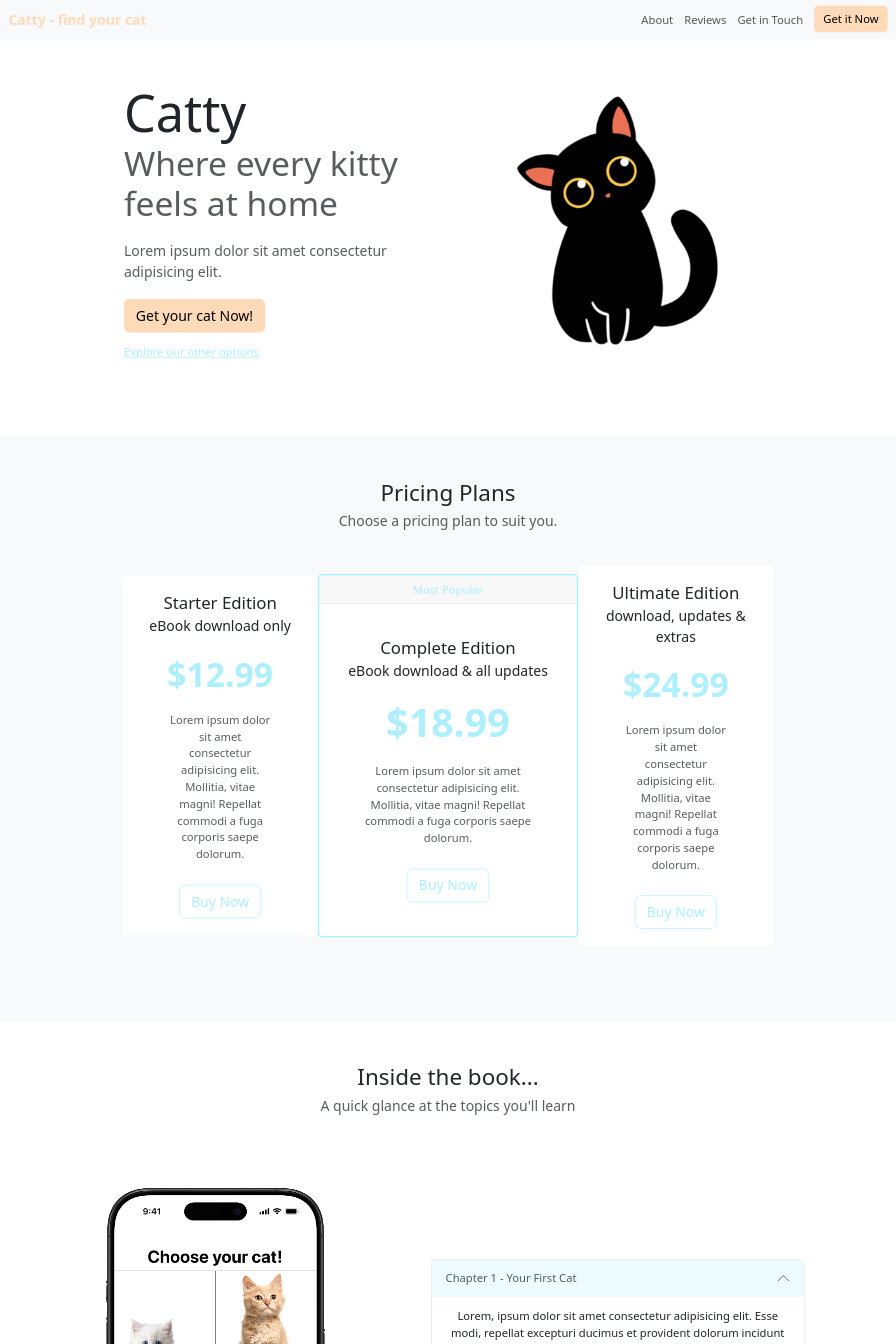
Repository: rihebtlh/catty-storefront
Page: index.html
These files come from the project's save history. The page is drawn as it stood at one moment and after a run of saves; the edit follows.
The browser window is 1280 px wide. The pictures show the part of the page from y = 0 to 1920 px (the page is 4528 px tall), at 70% of full size.
The style sheet was rebuilt from its Sass, Less or Tailwind sources for each picture, by a compiler version that may differ from the author's.

Above is the page before, as saved 2025-06-23 19:04:02.

### index.html
<!DOCTYPE html>
<html lang="en">
<head>
  <meta charset="UTF-8" />
  <meta name="viewport" content="width=device-width, initial-scale=1.0" />
  <link
    href="/css/main.min.css"
    rel="stylesheet"/>
  <link rel="stylesheet" href="https://cdn.jsdelivr.net/npm/bootstrap-icons@1.13.1/font/bootstrap-icons.min.css">
  <title>Catty</title>
  <style>
    section {
      padding: 60px 0;
    }
  </style>
</head>
<body>
  <!-- Navbar -->
    <nav class="navbar navbar-expand-md navbar-light bg-light">
        <div class="container-xxl">
            <a href="#intro" class="navbar-brand">
                <span class="fw-bold text-secondary">Catty - find your cat</span>
            </a>
      <!-- Toggle button -->
            <button
                class="navbar-toggler"
                type="button"
                data-bs-toggle="collapse"
                data-bs-target="#main-nav"
                aria-controls="main-nav"
                aria-expanded="false"
                aria-label="Toggle navigation">
                <span class="navbar-toggler-icon"></span>
            </button>
      <!-- Navbar links -->
            <div class="collapse navbar-collapse justify-content-end align-center" id="main-nav">
                <ul class="navbar-nav">
                <li class="nav-item">
                    <a class="nav-link" href="#topics">About</a>
                </li>
                <li class="nav-item">
                    <a class="nav-link" href="#reviews">Reviews</a>
                </li>
                <li class="nav-item">
                    <a class="nav-link" href="#contact">Get in Touch</a>
                </li>
                <li class="nav-item d-md-none">
                    <a class="nav-link" href="#pricing">Pricing</a>
                </li>
                <li class="nav-item ms-2 d-none d-md-inline">
                    <a class="btn btn-secondary" href="#pricing">Get it Now</a>
                </li>
                </ul>
            </div>
        </div>
    </nav>

  <!-- Main image & intro text -->
  <section id="intro">
    <div class="container-lg">
      <div class="row justify-content-center align-items-center">
        <div class="col-md-5 text-center text-md-start">
          <h1>
            <div class="display-2">Catty</div>
            <div class="display-5 text-muted">Where every kitty feels at home</div>
          </h1>
          <p class="lead my-4 text-muted">
            Lorem ipsum dolor sit amet consectetur adipisicing elit.
          </p>
          <a href="#pricing" class="btn btn-secondary btn-lg">Get your cat Now!</a>
          <!--open sidebar / offcanvas-->
          <a href="#sidebar" class="d-block mt-3" data-bs-toggle="offcanvas">
            Explore our other options
          </a>
        </div>
        <div class="col-md-5 text-center d-none d-md-block">
          <!--tooltip-->
          <span class="tt" data-bs-placement="bottom" title="Catty logo">
            <img class="img-fluid" src="/assets/catLogo.webp" alt="cat"/>
          </span>
        </div>
      </div>
    </div>
  </section>

    <!-- pricing plans -->
  <section id="pricing" class="bg-light mt-5">
    <div class="container-lg">
      <div class="text-center">
        <h2>Pricing Plans</h2>
        <p class="lead text-muted">Choose a pricing plan to suit you.</p>
      </div>

      <div class="row my-5 g-0 align-items-center justify-content-center"> <!--g-0 is for the gap so this one there's no gap-->
        <div class="col-8 col-lg-4 col-xl-3">
          <div class="card border-0">
            <div class="card-body text-center py-4">
              <h4 class="card-title">Starter Edition</h4>
              <p class="lead card-subtitle">eBook download only</p>
              <p class="display-5 my-4 text-primary fw-bold">$12.99</p>
              <p class="card-text mx-5 text-muted d-none d-lg-block">Lorem ipsum dolor sit amet consectetur adipisicing elit. Mollitia, vitae magni! Repellat commodi a fuga corporis saepe dolorum.</p>
              <a href="#" class="btn btn-outline-primary btn-lg mt-3">
                Buy Now
              </a>
            </div>
          </div>
        </div>

        <div class="col-9 col-lg-4">
          <div class="card border-primary border-2">
            <div class="card-header text-center text-primary">Most Popular</div>
            <div class="card-body text-center py-5">
              <h4 class="card-title">Complete Edition</h4>
              <p class="lead card-subtitle">eBook download & all updates</p>
              <p class="display-4 my-4 text-primary fw-bold">$18.99</p>
              <p class="card-text mx-5 text-muted d-none d-lg-block">Lorem ipsum dolor sit amet consectetur adipisicing elit. Mollitia, vitae magni! Repellat commodi a fuga corporis saepe dolorum.</p>
              <a href="#" class="btn btn-outline-primary btn-lg mt-3">
                Buy Now
              </a>
            </div>
          </div>
        </div>

        <div class="col-8 col-lg-4 col-xl-3">
          <div class="card border-0">
            <div class="card-body text-center py-4">
              <h4 class="card-title">Ultimate Edition</h4>
              <p class="lead card-subtitle">download, updates & extras</p>
              <p class="display-5 my-4 text-primary fw-bold">$24.99</p>
              <p class="card-text mx-5 text-muted d-none d-lg-block">Lorem ipsum dolor sit amet consectetur adipisicing elit. Mollitia, vitae magni! Repellat commodi a fuga corporis saepe dolorum.</p>
              <a href="#" class="btn btn-outline-primary btn-lg mt-3">
                Buy Now
              </a>
            </div>
          </div>
        </div>
      </div>
    </div><!-- end container -->
  </section>

    <!-- topics at a glance -->
     <section class="topics">
      <div class="container-md"> <!--100% width until meduim screens qt thispoint it will get everything at the middle-->
        <div class="text-center">
          <h2>Inside the book...</h2>
          <p class="lead text-muted">
            A quick glance at the topics you'll learn
          </p>
          <div class="row my-5 g-5 justify-content-around align-items-center">
            <div class="col-6 col-lg-4">
              <img src="/assets/phone.png" class="img-fluid" alt="ebook">
            </div>
            <div class="col-lg-6">
            <!-- accordion 1-->
            <div class="accordion" id="chapters">
              <div class="accordion-item">
                <h2 class="accordion-header" id="heading-1">
                  <button class="accordion-button" type="button" data-bs-toggle="collapse" data-bs-target="#chapter-1" aria-expanded="true" aria-controls="chapter-1">
                    Chapter 1 - Your First Cat
                  </button>
                </h2>
                <div id="chapter-1" class="accordion-collapse collapse show" aria-labelledby="heading-1" data-bs-parent="#chapters">
                  <div class="accordion-body">
                    <p>Lorem, ipsum dolor sit amet consectetur adipisicing elit. Esse modi, repellat excepturi ducimus et provident dolorum incidunt at officia aspernatur.</p>
                    <p>Lorem ipsum dolor sit amet consectetur adipisicing elit. Quae dolor blanditiis accusantium dicta? Dolorum ullam culpa ex! Distinctio, doloremque sunt repellendus laboriosam, excepturi vel illum facilis aliquam, alias inventore non?</p>

                  </div>
                </div>
              </div>
              <!-- accordion 2-->
              <div class="accordion-item">
                <h2 class="accordion-header" id="heading-2">
                  <button class="accordion-button" type="button" data-bs-toggle="collapse" data-bs-target="#chapter-2" aria-expanded="true" aria-controls="chapter-2">
                    Chapter 2 - Your second Cat
                  </button>
                </h2>
                <div id="chapter-2" class="accordion-collapse collapse" aria-labelledby="heading-2" data-bs-parent="#chapters">
                  <div class="accordion-body">
                    <p>Lorem, ipsum dolor sit amet consectetur adipisicing elit. Esse modi, repellat excepturi ducimus et provident dolorum incidunt at officia aspernatur.</p>
                    <p>Lorem ipsum dolor sit amet consectetur adipisicing elit. Quae dolor blanditiis accusantium dicta? Dolorum ullam culpa ex! Distinctio, doloremque sunt repellendus laboriosam, excepturi vel illum facilis aliquam, alias inventore non?</p>
                  </div>
                </div>
              </div>

              <!-- accordion 3-->
              <div class="accordion-item">
                <h2 class="accordion-header" id="heading-3">
                  <button class="accordion-button" type="button" data-bs-toggle="collapse" data-bs-target="#chapter-3" aria-expanded="true" aria-controls="chapter-3">
                    Chapter 3 - Your Third Cat
                  </button>
                </h2>
                <div id="chapter-3" class="accordion-collapse collapse" aria-labelledby="heading-3" data-bs-parent="#chapters">
                  <div class="accordion-body">
                    <p>Lorem, ipsum dolor sit amet consectetur adipisicing elit. Esse modi, repellat excepturi ducimus et provident dolorum incidunt at officia aspernatur.</p>
                    <p>Lorem ipsum dolor sit amet consectetur adipisicing elit. Quae dolor blanditiis accusantium dicta? Dolorum ullam culpa ex! Distinctio, doloremque sunt repellendus laboriosam, excepturi vel illum facilis aliquam, alias inventore non?</p>
                  </div>
                </div>
              </div>

              <!-- accordion 4-->
              <div class="accordion-item">
                <h2 class="accordion-header" id="heading-4">
                  <button class="accordion-button" type="button" data-bs-toggle="collapse" data-bs-target="#chapter-4" aria-expanded="true" aria-controls="chapter-4">
                    Chapter 4 - Your Third Cat
                  </button>
                </h2>
                <div id="chapter-4" class="accordion-collapse collapse" aria-labelledby="heading-4" data-bs-parent="#chapters">
                  <div class="accordion-body">
                    <p>Lorem, ipsum dolor sit amet consectetur adipisicing elit. Esse modi, repellat excepturi ducimus et provident dolorum incidunt at officia aspernatur.</p>
                    <p>Lorem ipsum dolor sit amet consectetur adipisicing elit. Quae dolor blanditiis accusantium dicta? Dolorum ullam culpa ex! Distinctio, doloremque sunt repellendus laboriosam, excepturi vel illum facilis aliquam, alias inventore non?</p>
                  </div>
                </div>
              </div>
              </div>

            </div>

          </div><!--around: spred around any free space (all the gaps are equal)-->
        </div>
      </div>
     </section>



    <!-- reviews list -->
    <section class="bg-light" id="reviews">
      <div class="container-lg">
        <div class="text-center">
          <h2><i class="bi bi-stars"></i>Cat reviews</h2>
          <p class="lead">What my students have said about the book ...</p>
        </div>
        <div class="row justify-content-center my-5">
          <div class="col-lg-8">
            <div class="list-group">
              <div class="list-group-item py-3">
                <h5 class="mb-1">Must buy for any cats lover</h5>
                <p class="mb-1">Lorem ipsum dolor sit amet, consectetur adipisicing elit. Sit quia nemo tempore excepturi dignissimos omnis blanditiis voluptate molestiae magni recusandae! Dolorem consequatur modi exercitationem aliquid doloribus neque fugiat sit impedit!</p>
                <small>Review By Hector</small>
                <div class="pb-2">
                  <i class="bi bi-star-fill"></i>
                  <i class="bi bi-star-fill"></i>
                  <i class="bi bi-star-fill"></i>
                  <i class="bi bi-star-fill"></i>
                  <i class="bi bi-star-fill"></i>
                </div>
              </div>
              <div class="list-group-item py-3">
                <h5 class="mb-1">Must buy for any cats lover</h5>
                <p class="mb-1">Lorem ipsum dolor sit amet, consectetur adipisicing elit. Sit quia nemo tempore excepturi dignissimos omnis blanditiis voluptate molestiae magni recusandae! Dolorem consequatur modi exercitationem aliquid doloribus neque fugiat sit impedit!</p>
                <small>Review By Hector</small>
                <div class="pb-2">
                  <i class="bi bi-star-fill"></i>
                  <i class="bi bi-star-fill"></i>
                  <i class="bi bi-star-fill"></i>
                  <i class="bi bi-star-fill"></i>
                  <i class="bi bi-star"></i>
                </div>
              </div>
              <div class="list-group-item py-3">
                <h5 class="mb-1">Must buy for any cats lover</h5>
                <p class="mb-1">Lorem ipsum dolor sit amet, consectetur adipisicing elit. Sit quia nemo tempore excepturi dignissimos omnis blanditiis voluptate molestiae magni recusandae! Dolorem consequatur modi exercitationem aliquid doloribus neque fugiat sit impedit!</p>
                <small>Review By Hector</small>
                <div class="pb-2">
                  <i class="bi bi-star-fill"></i>
                  <i class="bi bi-star-fill"></i>
                  <i class="bi bi-star-fill"></i>
                  <i class="bi bi-star-half"></i>
                  <i class="bi bi-star"></i>
                </div>
              </div>
            </div>
          </div>
        </div>
      </div>
    </section>
    <!-- contact form -->
    <!-- form-control, form-label, form-select, input-group-text -->
    <section id="contact">
      <div class="container-lg">
        <div class="text-center">
          <h2>Get in Touch</h2>
          <p class="lead">Questions to ask? Fill out the form to contact us directly...</p>
        </div>

        <div class="row justify-content-center my-5">
          <div class="col-lg-6">
            <form>
              <label for="email" class="form-label">Email Adress : </label>
              <div class="mb-4 input-group">
                <span class="input-group-text">
                  <i class="bi bi-envelope-fill"></i>
                </span>
                <input type="email" class="form-control" id="email" placeholder="e.g. mario@example.com">
                <span class="input-group-text">
                  <span class="tt" data-bs-placement="bottom" title="enter an email address we can aply to.">
                    <i class="bi bi-question-circle"></i>
                  </span>
                </span>
              </div>

              <label for="name" class="form-label">Name : </label>
              <div class="mb-4 input-group">
                <span class="input-group-text"><i class="bi bi-person-fill"></i></span>
                <input type="text" class="form-control" id="name" placeholder="e.g. mario">
                <span class="input-group-text">
                  <span class="tt" data-bs-placement="bottom" title="In case we replyed into your request.">
                    <i class="bi bi-question-circle"></i>
                  </span>
                </span>
              </div>

              <label for="subject" class="form-label">What is your question about?</label>
              <div class="mb-4 input-group">
                <span class="input-group-text"><i class="bi bi-chat-left-heart-fill"></i></span>
                <select class="form-select" id="subject">
                  <option value="pricing" selected>Pricing query</option>
                  <option value="content">Content query</option>
                  <option value="other">Other query</option>
                </select>
              </div>

              <div class="form-floating mb-4 mt-5">
                <textarea id="query" class="form-control" style="height: 140px"></textarea>
                <label for="query" class="form-label">Your query...</label>
              </div>
              <div class="mb-4 text-center">
                <button type="submit" class="btn btn-secondary">Submit</button>
              </div>
            </form>
          </div>
        </div>
      </div>
    </section>

    <!-- get updates / modal trigger -->
     <section class="bg-light">
      <div class="container">
        <div class="text-center">
          <h2>Stay in the loop</h2>
          <p class="lead">
            Get the latest updates as they happen...
          </p>
        </div>
        <div class="row justify-content-center">
          <div class="col-md-8 text-center">
            <p class="text-muted my-4">
              Lorem ipsum dolor sit amet consectetur adipisicing elit. Nisi, illo placeat soluta optio dicta natus ex consectetur ea corporis incidunt eaque enim dolore omnis asperiores a quo saepe cumque consequuntur.
            </p>
            <button class="btn btn-primary" data-bs-toggle="modal" data-bs-target="#reg-modal">Register for Updates</button>
          </div>
        </div>
      </div>
     </section>

    <!--model-->
    <div class="modal fade" id="reg-modal" tabindex="-1" aria-labelledby="modal-title" aria-hidden="true">
      <div class="modal-dialog">
        <div class="modal-content">
          <div class="modal-header">
            <h5 class="modal-title" id="modal-title">Get the Latest Updates</h5>
            <button class="btn-close" type="button" data-bs-dismiss="modal" aria-label="Close"></button>
          </div>
          <div class="modal-body">
            <p>Lorem ipsum dolor sit amet consectetur adipisicing elit. Dolore placeat modi soluta quibusdam eius ipsam quaerat fuga dignissimos dolorum impedit id molestiae voluptate iusto eveniet, in quas autem. Ad, rerum.</p>
            <label for="modal-email" class="form-label">Your email address</label>
            <input type="text" class="form-control" id="modal-email" placeholder="e.g. mario@example.com">
          </div>
          <div class="modal-footer">
            <button class="btn btn-primary">Submit</button>
          </div>
        </div>
      </div>
    </div>
    <!--offcanvas-->
    <div class="offcanvas offcanvas-start" tabindex="-1" id="sidebar"
    aria-labelledby="sidebar-label">
      <div class="offcanvas-header">
        <h5 class="offcanvas-title" id="sidebar-label">Options</h5>
        <button class="btn-close" type="button" data-bs-dismiss="offcanvas" aria-label="Close"></button>
      </div>
      <div class="offcanvas-body">
        <p>Lorem ipsum dolor sit amet consectetur adipisicing elit. Alias sed quasi cum commodi minus optio provident deserunt labore, laudantium error dignissimos ad nesciunt quos voluptatem amet odio sint odit eos!</p>
        <!--dropdown-->
        <div class="dropdown mt-3">
          <button class="btn btn-secondary dropdown-toggle" type="button" id="cat-dropdown" data-bs-toggle="dropdown">Choose cat type</button>
          <ul class="dropdown-menu" aria-labelledby="cat-dropdown">
            <li><a href="#" class="dropdown-item">Siamese cat</a></li>
            <li><a href="#" class="dropdown-item">Maine Coon</a></li>
            <li><a href="#" class="dropdown-item">British Shorthair</a></li>
            <li><a href="#" class="dropdown-item">Domestic Shorthair</a></li>
            <li><a href="#" class="dropdown-item">Russian Blue</a></li>
          </ul>
        </div>
      </div>
    </div>
  <!-- Bootstrap JS -->
  <script
    src="https://cdn.jsdelivr.net/npm/bootstrap@5.0.2/dist/js/bootstrap.bundle.min.js"
    integrity="sha384-MrcW6ZMFYlzcLA8Nl+NtUVF0sA7MsXsP1UyJoMp4YLEuNSfAP+JcXn/tWtIaxVXM"
    crossorigin="anonymous"
  ></script>
  <script>
    const tooltips = document.querySelectorAll('.tt')
    tooltips.forEach(t => {
      new bootstrap.Tooltip(t)
    })
  </script>
</body>
</html>

### sass/main.scss
//custom variables
$primary: #AEEFFF;
$secondary: #FFDAB9;
//import bootstrap
@import '../node_modules/bootstrap/scss/bootstrap';

After the next 2 saves:
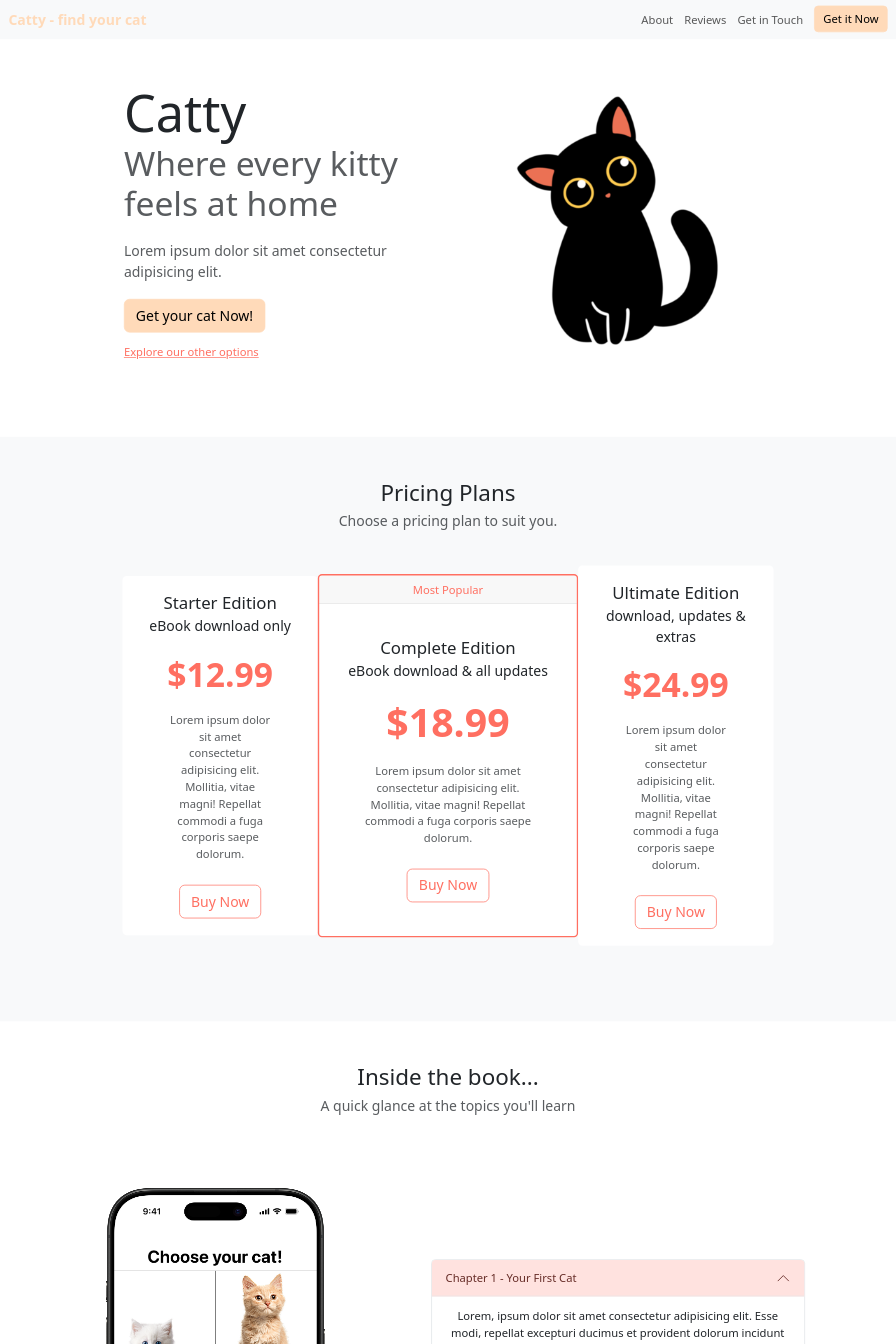
The 2 saves are shown as one change because they came seconds apart.
The last was saved 12 s later.
--- a/sass/main.scss
+++ b/sass/main.scss
@@ -1,5 +1,5 @@
 //custom variables
-$primary: #AEEFFF;
+$primary: #FF6F61;
 $secondary: #FFDAB9;
 //import bootstrap
 @import '../node_modules/bootstrap/scss/bootstrap';
